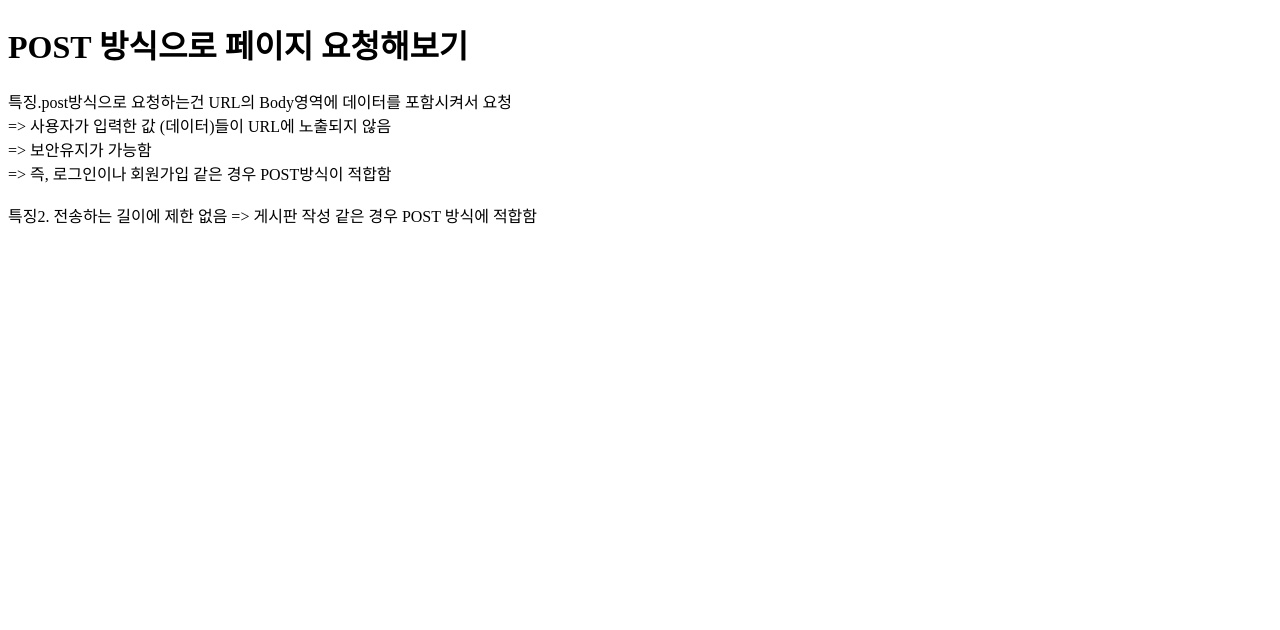
Repository: pje00427/webserver_workspace1
Page: 1_Servlet/WebContent/views/requestTest_Post.html
An editor plug-in stored every save of this project. The page is shown before and after the next save, followed by the edit.
The browser window is 1280 px wide. The pictures show the whole page.

Above is the page before, as saved 2020-08-28 03:14:14.

### 1_Servlet/WebContent/views/requestTest_Post.html
<!DOCTYPE html>
<html>
<head>
<meta charset="UTF-8">
<title>Insert title here</title>
</head>
<body>
	<h1>POST 방식으로 페이지 요청해보기</h1>

	<p>
		특징.post방식으로 요청하는건 URL의 Body영역에 데이터를 포함시켜서 요청 <br>
		=> 사용자가 입력한 값 (데이터)들이 URL에 노출되지 않음 <br>
		=> 보안유지가 가능함<br>
		=> 즉, 로그인이나 회원가입 같은 경우 POST방식이 적합함<br><br>

		특징2. 전송하는 길이에 제한 없음 => 게시판 작성 같은 경우 POST 방식에 적합함 <br>


	</p>
</body>
</html>

After the next save:
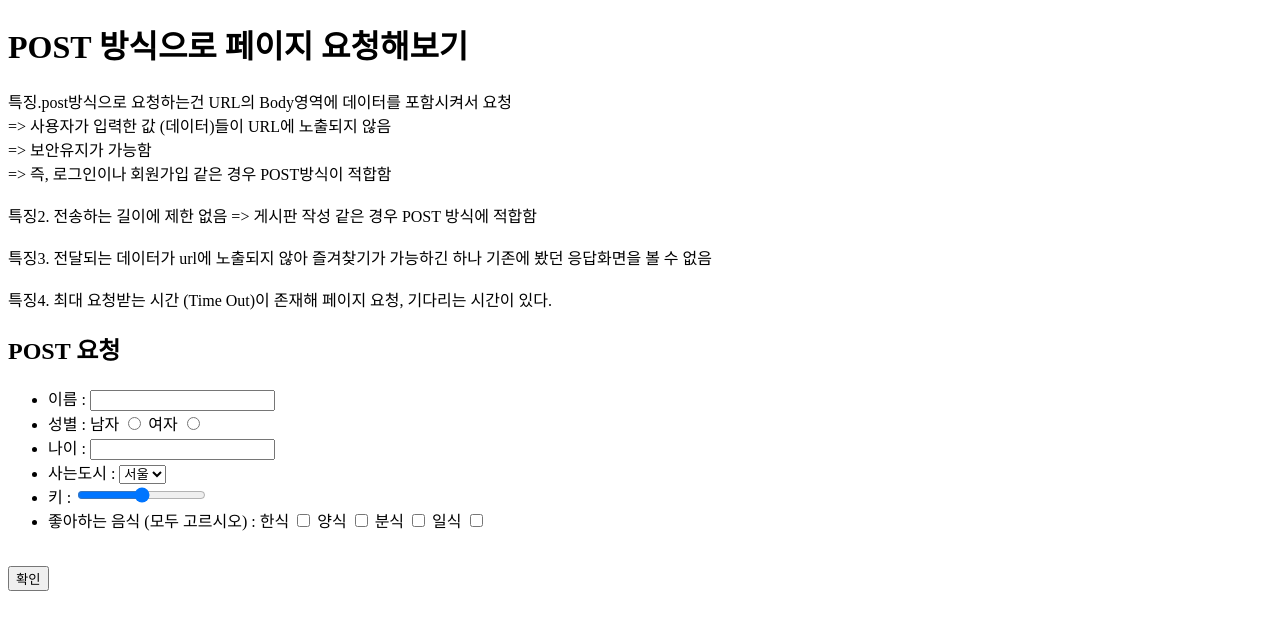
Saved 2 min 24 s later.
--- a/1_Servlet/WebContent/views/requestTest_Post.html
+++ b/1_Servlet/WebContent/views/requestTest_Post.html
@@ -13,9 +13,50 @@
 		=> 보안유지가 가능함<br>
 		=> 즉, 로그인이나 회원가입 같은 경우 POST방식이 적합함<br><br>
 
-		특징2. 전송하는 길이에 제한 없음 => 게시판 작성 같은 경우 POST 방식에 적합함 <br>
+		특징2. 전송하는 길이에 제한 없음 => 게시판 작성 같은 경우 POST 방식에 적합함<br><br>
+
+		특징3. 전달되는 데이터가 url에 노출되지 않아 즐겨찾기가 가능하긴 하나 기존에 봤던 응답화면을 볼 수 없음 <br><br>
+
+		특징4. 최대 요청받는 시간 (Time Out)이 존재해 페이지 요청, 기다리는 시간이 있다.
 
 
 	</p>
+	<h2>POST 요청</h2>
+	<form action="/1_Servlet/test1.do" method="GET">
+
+		<ul>
+			<li>이름 : <input type="text" name="name"></li>
+			<li>
+				성별 :
+				남자 <input type="radio" name="gender" value="M">
+				여자 <input type="radio" name="gender" value="F">
+			</li>
+			<li>
+				나이 : <input type="number" name="age">
+			</li>
+			<li>
+				사는도시 :
+				<select name="city">
+					<option value="서울">서울</option>
+					<option value="강원">강원</option>
+					<option value="경기">경기</option>
+				</select>
+			</li>
+			<li>
+				키 : <input type="range" name="height" min="140" max="200" step="1">
+			</li>
+			<li>
+				좋아하는 음식 (모두 고르시오) :
+				한식 <input type="checkbox" name="food" value="한식">
+				양식 <input type="checkbox" name="food" value="양식">
+				분식 <input type="checkbox" name="food" value="분식">
+				일식 <input type="checkbox" name="food" value="일식">
+			</li>
+		</ul>
+
+		<br>
+
+		<input type="submit" value="확인">
+	</form>
 </body>
 </html>
